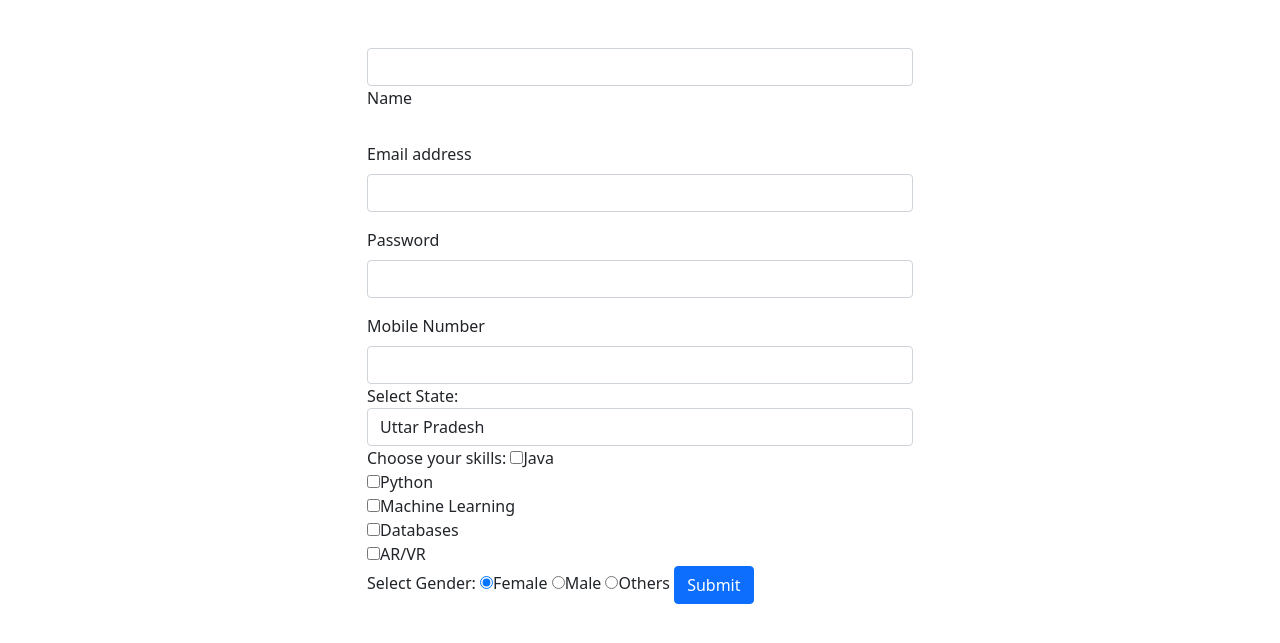
Repository: SimSri-ExtraMarks/FormHandling
Page: formHandling/form.html
The author's editor kept a copy of each file at every save. The page is drawn from the files as they stood at one save, then again after the next save.
The browser window is 1280 px wide. The pictures show the whole page.

Above is the page before, as saved 2021-06-26 12:47:15.

### formHandling/form.html
<!doctype html>
<html lang="en">
<head>
<meta charset="UTF-8" />
<title>Registration Form</title>
<link
	href="https://cdn.jsdelivr.net/npm/bootstrap@5.0.2/dist/css/bootstrap.min.css"
	rel="stylesheet"
	integrity="sha384-EVSTQN3/azprG1Anm3QDgpJLIm9Nao0Yz1ztcQTwFspd3yD65VohhpuuCOmLASjC"
	crossorigin="anonymous">
</head>
<body>
	<div class="container">
		<div class="row mt-5">
			<div class="col-md-6 offset-md-3">
				<form>
<div class="form-outline mb-4">
  <input type="text" id="name" class="form-control" />
  <label class="form-label" for="name">Name</label>
</div>
					<div class="mb-3">
						<label for="exampleInputEmail1" class="form-label">Email
							address</label> <input type="email" class="form-control"
							id="exampleInputEmail1" aria-describedby="emailHelp">
					</div>
					<div class="mb-3">
						<label for="exampleInputPassword1" class="form-label">Password</label>
						<input type="password" class="form-control"
							id="exampleInputPassword1">
					</div>
					<div class="mb-3">
						<label for="exampleInputMobileNumber" class="form-label">Mobile
							Number</label> <input type="mobilenumber" class="form-control"
							id="exampleInputMobileNumber">


						<div class="form-group">
							<label for="exampleInputState">Select State:</label> <select
								class="form-control" id="exampleInputState">
								<option>Uttar Pradesh</option>
								<option>Maharashtra</option>
								<option>Rajasthan</option>
								<option>Kerala</option>
							</select>
						</div>

						<div class="checkbox">
						<label for="exampleInputSkills">Choose your skills:</label>
  <label><input type="checkbox" value="exampleInputSkills">Java</label>
</div>
<div class="checkbox">
  <label><input type="checkbox" value="exampleInputSkills">Python</label>
</div>
<div class="checkbox disabled">
  <label><input type="checkbox" value="exampleInputSkills">Machine Learning</label>

  <div class="checkbox">
  <label><input type="checkbox" value="exampleInputSkills">Databases</label>
</div>
<div class="checkbox disabled">
  <label><input type="checkbox" value="exampleInputSkills">AR/VR</label>
</div>

						<!-- <div id="emailHelp" class="form-text">We'll never share your
							email with anyone else.</div> -->
						<label for="exampleInputGender">Select Gender:</label> <label
							class="radio-inline"><input type="radio"
							name="exampleInputGender" checked>Female</label> <label
							class="radio-inline"><input type="radio"
							name="exampleInputGender">Male</label> <label
							class="radio-inline"><input type="radio"
							name="exampleInputGender">Others</label>


						<button type="submit" class="btn btn-primary">Submit</button>
				</form>



			</div>
		</div>
	</div>
</body>
</html>

After the next save:
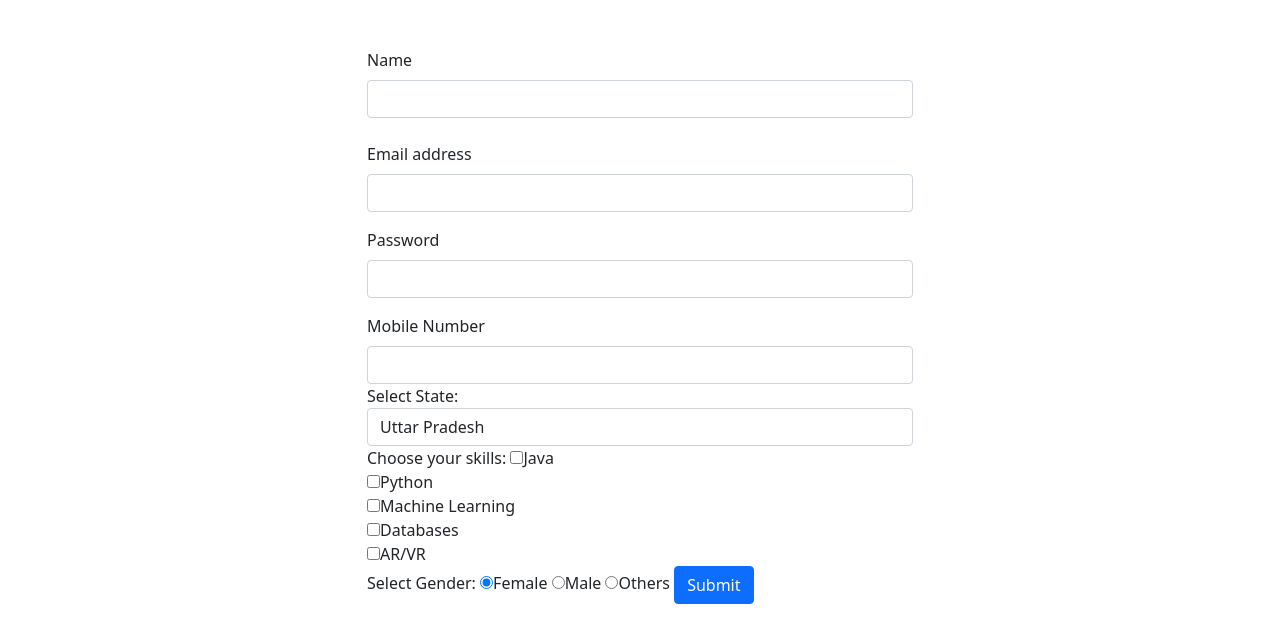
Saved 60 s later.
--- a/formHandling/form.html
+++ b/formHandling/form.html
@@ -15,8 +15,9 @@
 			<div class="col-md-6 offset-md-3">
 				<form>
 <div class="form-outline mb-4">
+<label for="name" class="form-label">Name</label>
   <input type="text" id="name" class="form-control" />
-  <label class="form-label" for="name">Name</label>
+
 </div>
 					<div class="mb-3">
 						<label for="exampleInputEmail1" class="form-label">Email
